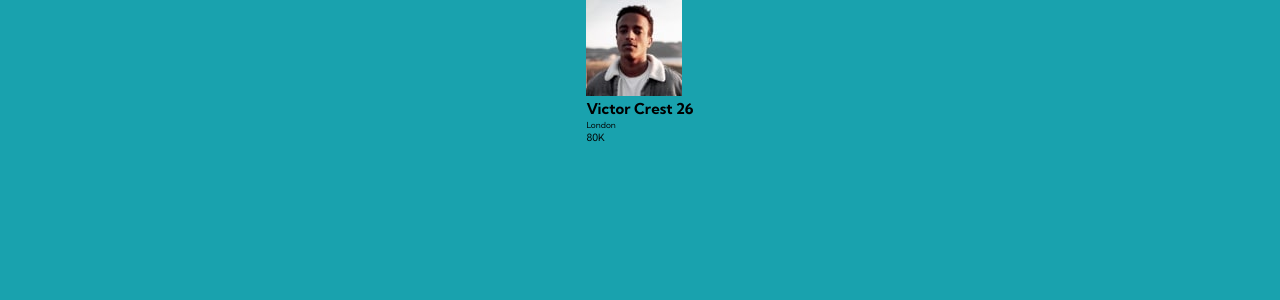
Repository: thaibaocoder1/profile-card-component-main
Page: index.html
An editor plug-in stored every save of this project. The page is shown before and after the next save, followed by the edit.
The browser window is 1280 px wide. The pictures show the whole page.

Above is the page before, as saved 2023-01-11 13:26:05.

### index.html
<!DOCTYPE html>
<html lang="en">
<head>
  <meta charset="UTF-8">
  <meta name="viewport" content="width=device-width, initial-scale=1.0">
  <link rel="icon" type="image/png" sizes="32x32" href="./images/favicon-32x32.png">
  <title>Frontend Mentor | Profile card component</title>
  <link rel="stylesheet" href="./style.css">
  <!-- Feel free to remove these styles or customise in your own stylesheet 👍 -->
  <style>
    .attribution { font-size: 11px; text-align: center; }
    .attribution a { color: hsl(228, 45%, 44%); }
  </style>
</head>
<body>
  <main class="card">
    <section class="card__top">
      <img src="./images/image-victor.jpg" alt="">
    </section>
    <section class="card__bottom">
      <h1 class="card__bottom--heading">Victor Crest <span>26</span></h1>
      <small class="card__bottom--address">London</small>
      <hr>
      <div class="card__bottom--socials">
        <div class="card__bottom--item">
          <p>80K</p>
          <span></span>
        </div>
      </div>
    </section>
  </main>
  <!-- <div class="attribution">
    Challenge by <a href="https://www.frontendmentor.io?ref=challenge" target="_blank">Frontend Mentor</a>.
    Coded by <a href="#">Your Name Here</a>.
  </div> -->
</body>
</html>
<!--
26
London

80K
Followers

803K
Likes

1.4K
Photos -->

### style.css
@import url('https://fonts.googleapis.com/css2?family=Kumbh+Sans:wght@400;700&display=swap');
* {
    margin: 0;
    padding: 0;
    box-sizing: border-box;
    border: none;
    outline: none;
}
html {
    font-size: 62.5%;
}
body {
    text-rendering: optimizeLegibility;
    scroll-behavior: smooth;
    font-family: 'Kumbh Sans', sans-serif;
    display: flex;
    align-items: center;
    justify-content: center;
    background-color: var(--dark-cyan);
}
:root {
    --dark-cyan: hsl(185, 75%, 39%);
    --very-dark-blue: hsl(229, 23%, 23%);
    --dark-blue: hsl(227, 10%, 46%);
    --dark-grey: hsl(0, 0%, 59%);
}

After the next save:
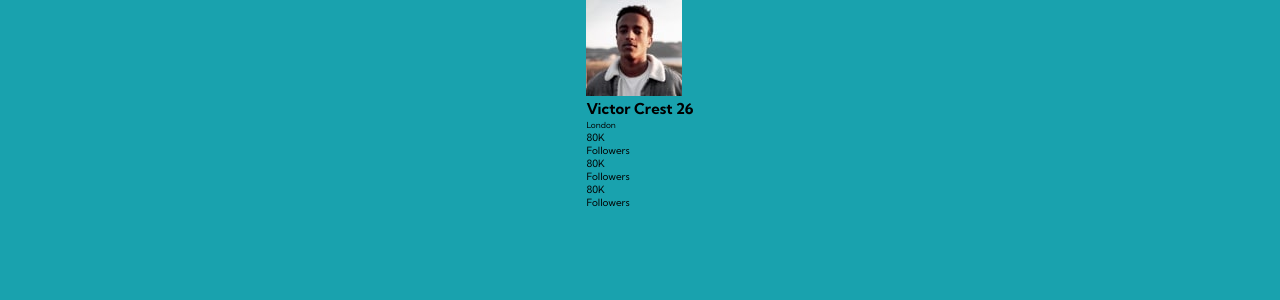
Saved 11 s later.
--- a/index.html
+++ b/index.html
@@ -24,7 +24,15 @@
       <div class="card__bottom--socials">
         <div class="card__bottom--item">
           <p>80K</p>
-          <span></span>
+          <span>Followers</span>
+        </div>
+        <div class="card__bottom--item">
+          <p>80K</p>
+          <span>Followers</span>
+        </div>
+        <div class="card__bottom--item">
+          <p>80K</p>
+          <span>Followers</span>
         </div>
       </div>
     </section>
